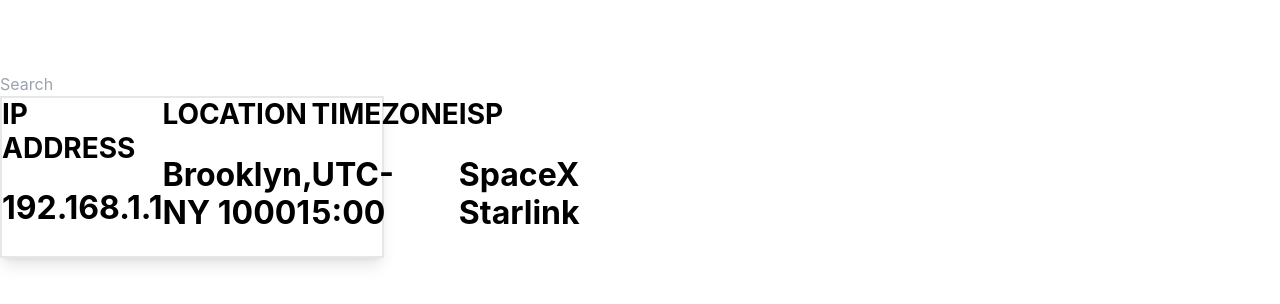
Repository: Dealsy/IP-Tracker
Page: /
An editor plug-in stored every save of this project. The page is shown before and after the next save, followed by the edit.
The browser window is 1280 px wide. The pictures show the whole page.
The project was rebuilt for these pictures with package versions that can differ from the ones it lists, and the page was loaded fresh each time. The framework's server and built-in components were replaced by stand-ins that run in the browser. Also part of the build but not shown: next.config.js, styles/Home.module.css.

Above is the page before, as saved 2022-04-21 21:26:18.

After the next save:
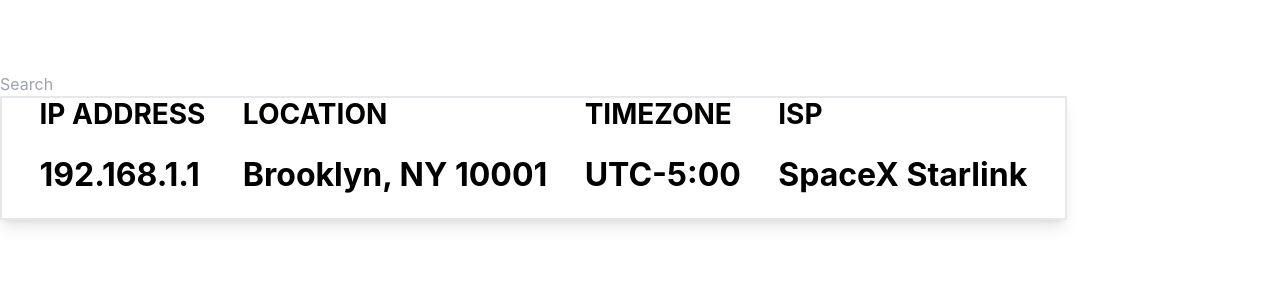
Saved 16 s later.
--- a/pages/index.js
+++ b/pages/index.js
@@ -14,7 +14,7 @@
       <main>
         <h1 className="text-white">IP Address Tracker</h1>
         <input type="search" placeholder="Search" />
-        <div className="flex flex-row justify-evenly border-2 shadow-lg w-96">
+        <div className="flex flex-row justify-evenly border-2 shadow-lg w-5/6">
           <div className="">
             <h3>IP ADDRESS</h3>
             <h2> 192.168.1.1 </h2>
